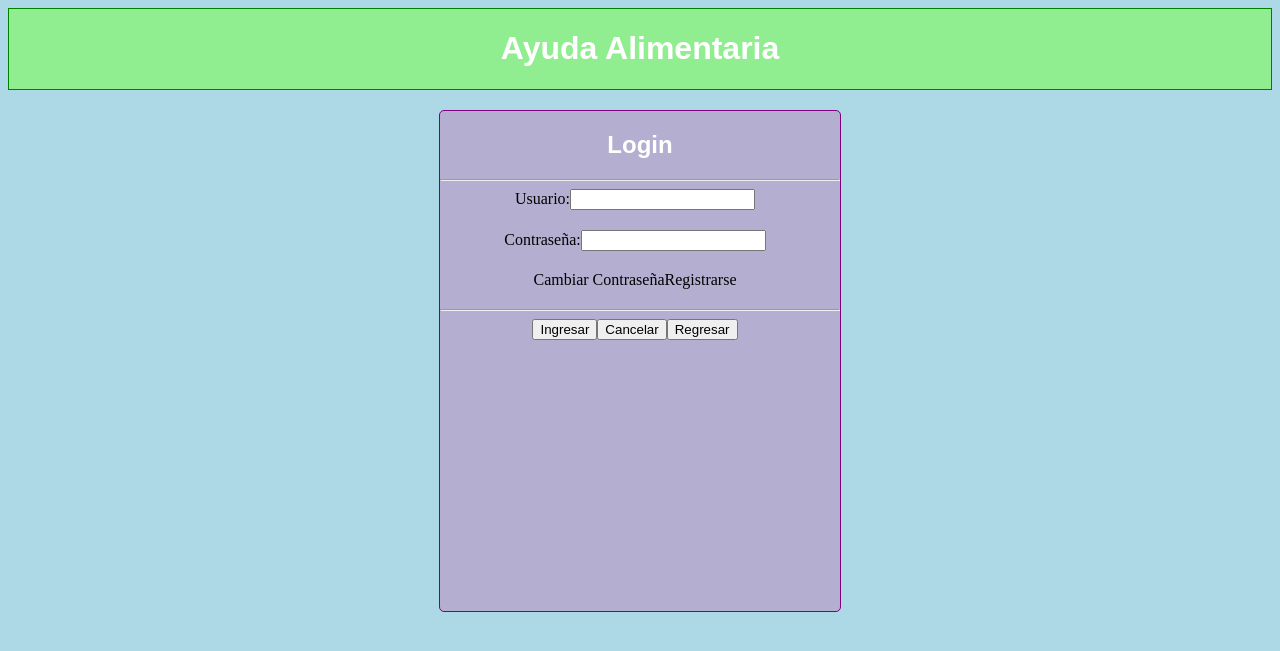
Repository: sonicspeed1/examen1_codigo_bryansantillan
Page: http://localhost/examen_1_bryan_santillan/Login.jsp
The author's editor kept a copy of each file at every save. The page is drawn from the files as they stood at one save, then again after the next save.
The browser window is 1280 px wide. The pictures show the whole page.
The page is served by Tomcat 9.

Above is the page before, as saved 2024-05-25 16:52:32.

After the next save:
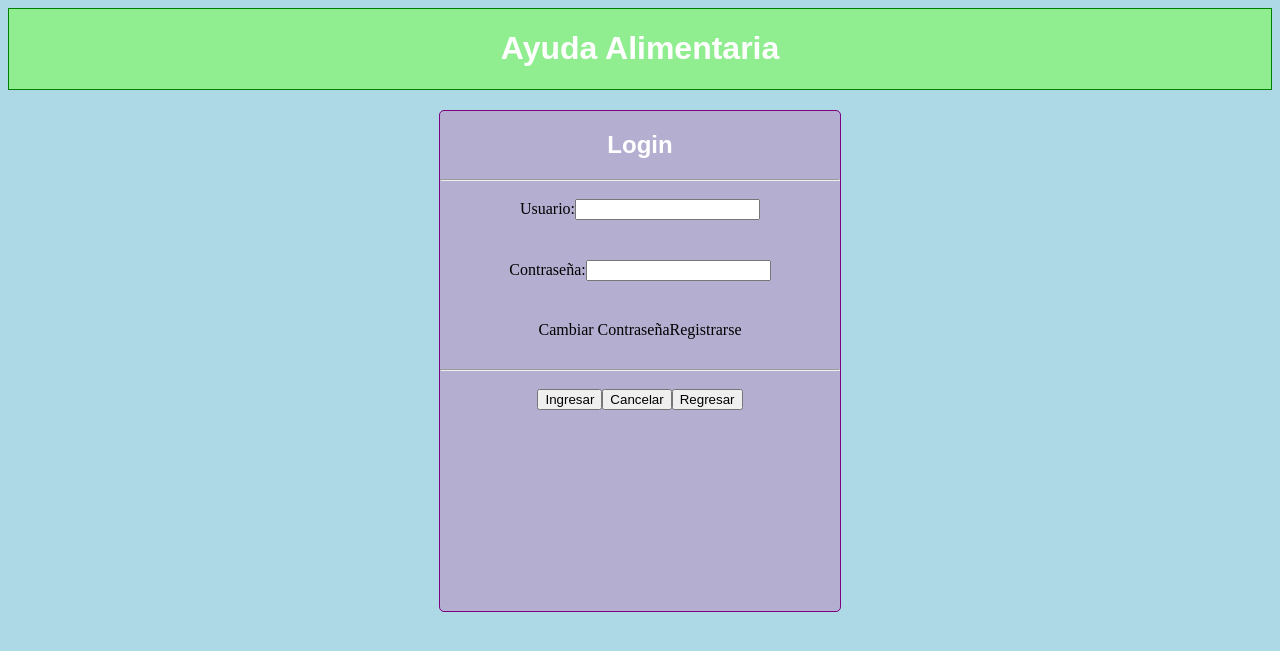
Saved 31 s later.
--- a/examen_1_bryan_santillan/src/main/webapp/estilo.css
+++ b/examen_1_bryan_santillan/src/main/webapp/estilo.css
@@ -59,5 +59,5 @@
     justify-content: center;
     align-items: center;
     margin-bottom: 20px;
-    margin-right: 10px;
+   padding: 10px;
 }
